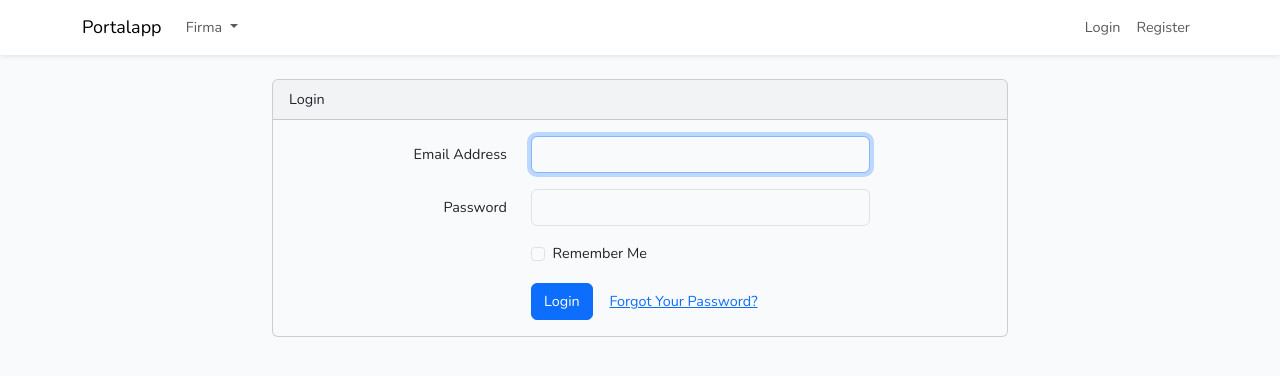
Repository: oguzhansade/portalapp
Page: http://localhost/login
The author's editor kept a copy of each file at every save. The page is drawn from the files as they stood at one save, then again after the next save.
The browser window is 1280 px wide. The pictures show the whole page.
The page is served by the project's Laravel application, run on PHP 8.4 with Laravel 9. Style sheets and scripts are compiled from the project's sources, by tool versions that may differ from the author's.

Above is the page before, as saved 2023-06-22 22:10:56.

After the next save:
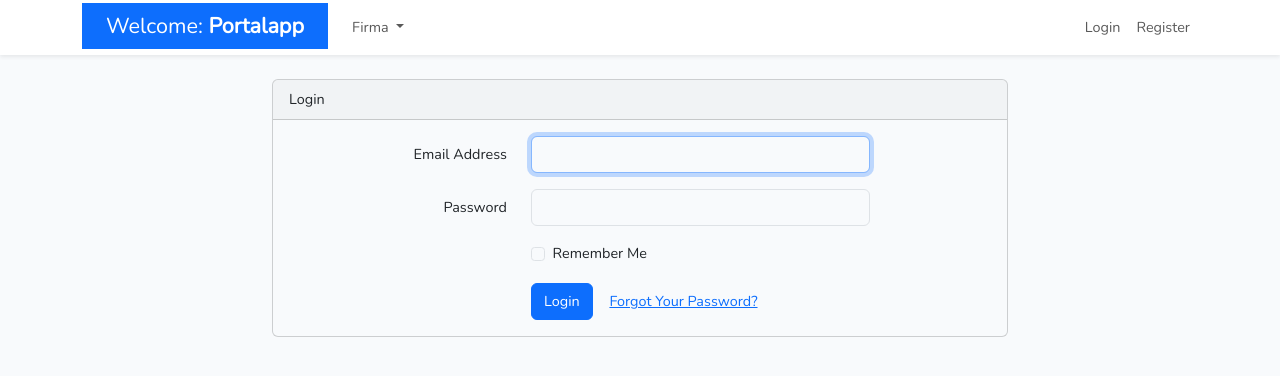
Saved 54 s later.
--- a/resources/views/layouts/app.blade.php
+++ b/resources/views/layouts/app.blade.php
@@ -25,7 +25,7 @@
         <nav class="navbar navbar-expand-md navbar-light bg-white shadow-sm">
             <div class="container">
                 <a class="navbar-brand" href="{{ url('/') }}">
-                    {{ config('app.name', 'Laravel') }}
+                    <span class="h4 px-4 py-2 bg-primary text-white b-shadow rounded-custom">Welcome: <b>{{ config('app.name', 'Laravel') }}</b></span> </span>
                 </a>
                 <button class="navbar-toggler" type="button" data-bs-toggle="collapse" data-bs-target="#navbarSupportedContent" aria-controls="navbarSupportedContent" aria-expanded="false" aria-label="{{ __('Toggle navigation') }}">
                     <span class="navbar-toggler-icon"></span>
